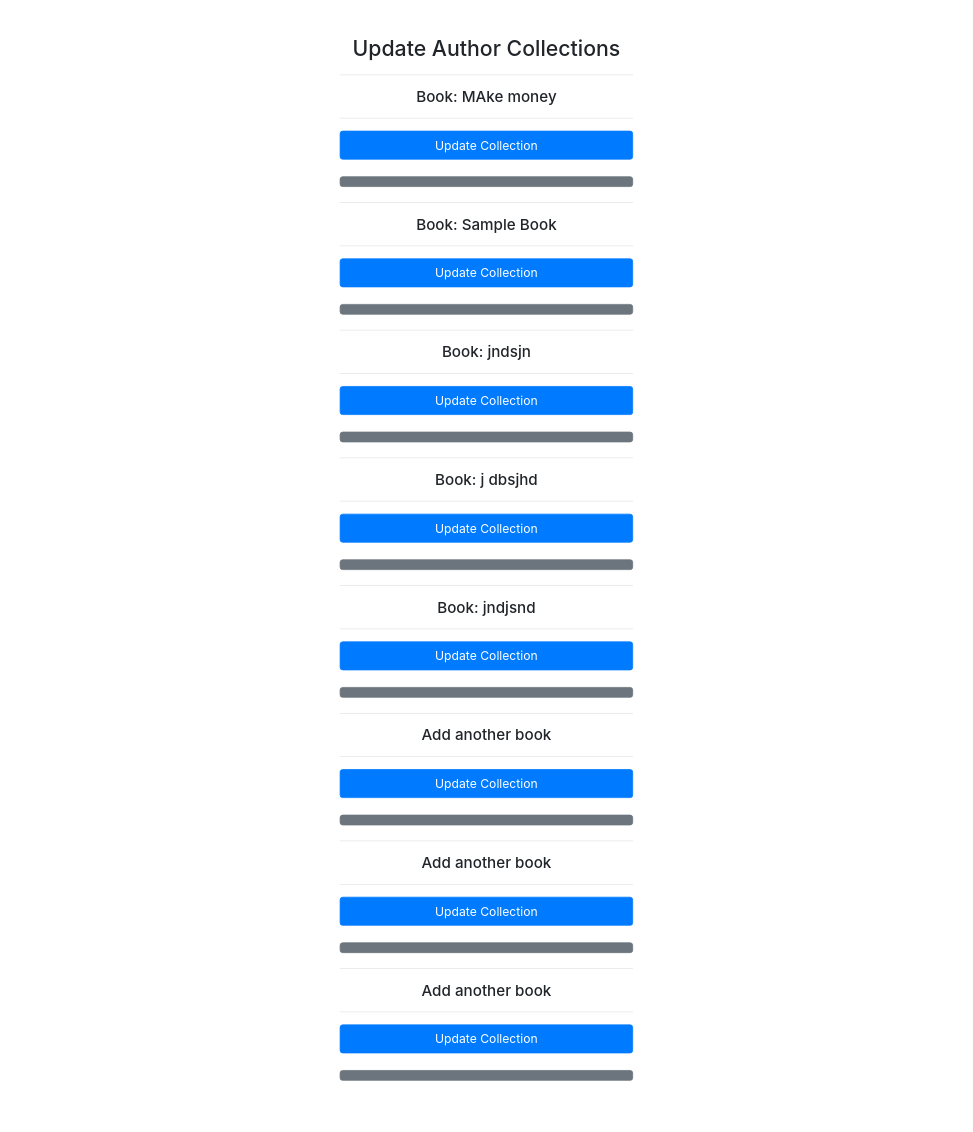
Repository: Temur-Sufiyanov/CBV
Page: http://localhost/author/1/books/edit/
These files come from the project's save history. The page is drawn as it stood at one moment and after the next save; the edit follows.
The browser window is 1280 px wide. The pictures show the whole page, at 76% of full size.
The page is served by the project's application, run on Django 5.2 (manage.py). The page reads the database file committed with the project.

Above is the page before, as saved 2024-12-21 19:48:51.

After the next save:
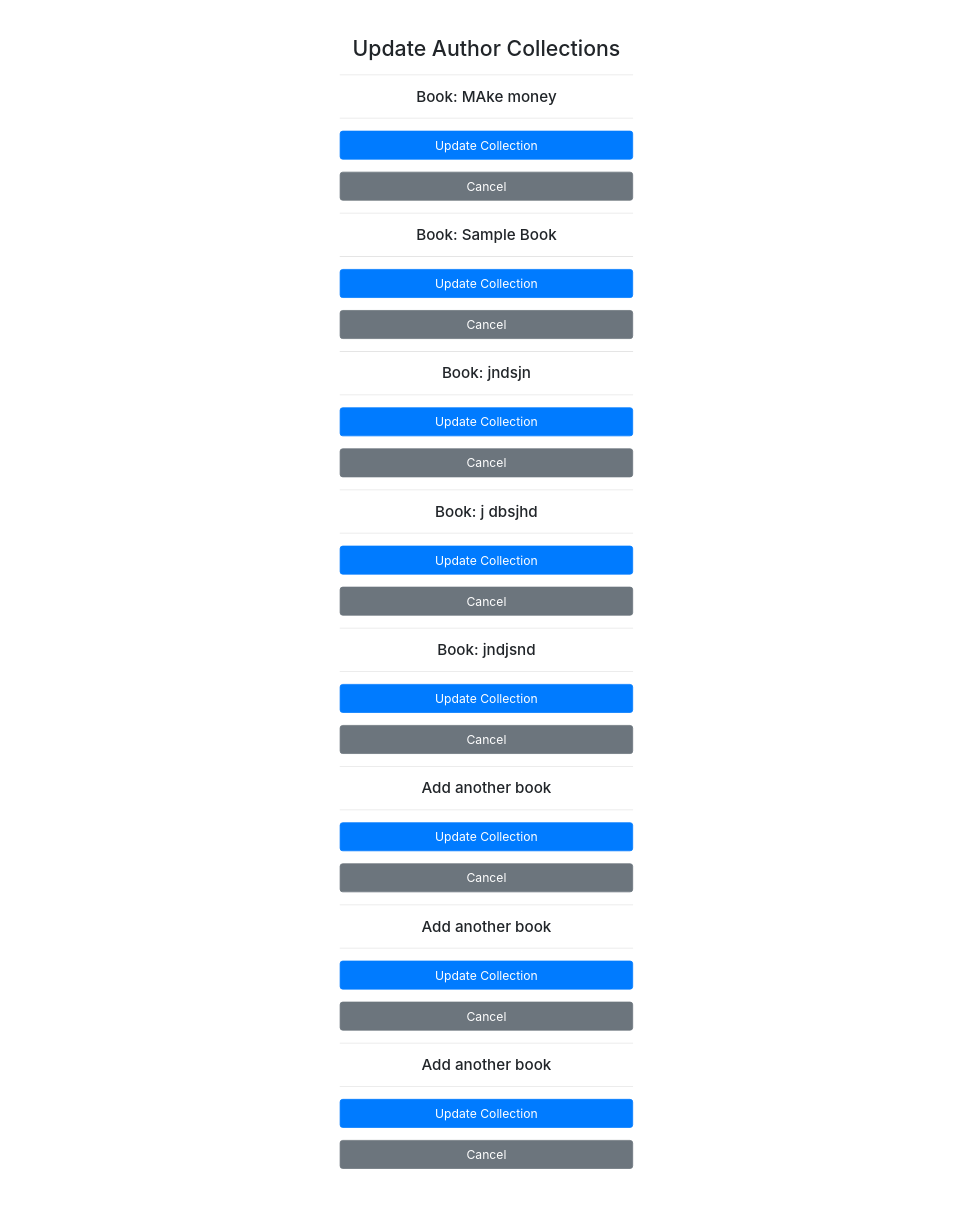
Saved 8 s later.
--- a/new_books/templates/new_books/author_books_edit.html
+++ b/new_books/templates/new_books/author_books_edit.html
@@ -27,7 +27,7 @@
                 <p>
                     <hr>
                     <button type="submit" class="btn btn-primary w-100 mb-3">Update Collection</button>
-                    <a href="{{ author.get_absolute_url }}" role="button" class="btn btn-secondary w-100"></a>
+                    <a href="{{ author.get_absolute_url }}" role="button" class="btn btn-secondary w-100">Cancel</a>
                 </p>
             </h5>
         {% endfor %}

After the 4 saves that followed:
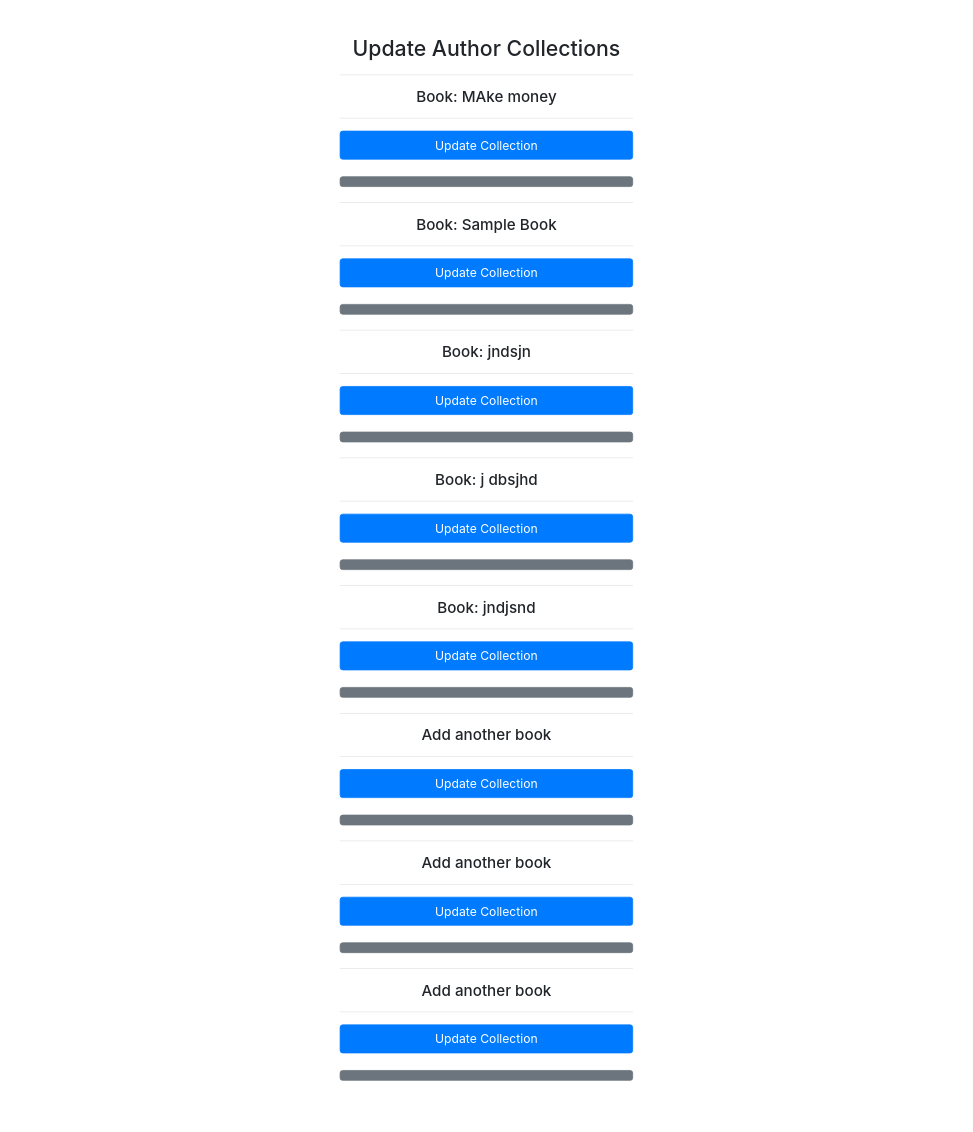
The 4 saves are shown as one change because 1 left the picture as it was and some came seconds apart.
The last was saved 93 s later.
--- a/new_books/templates/new_books/author_books_edit.html
+++ b/new_books/templates/new_books/author_books_edit.html
@@ -27,7 +27,7 @@
                 <p>
                     <hr>
                     <button type="submit" class="btn btn-primary w-100 mb-3">Update Collection</button>
-                    <a href="{{ author.get_absolute_url }}" role="button" class="btn btn-secondary w-100">Cancel</a>
+                    <a href="{{ author.get_absolute_url }}" role="button" class="btn btn-secondary w-100"></a>
                 </p>
             </h5>
         {% endfor %}
--- a/new_books/views.py
+++ b/new_books/views.py
@@ -43,7 +43,7 @@ class AuthorBooksEdit(SingleObjectMixin, FormView):
 
     model = Author
     template_name = 'new_books/author_books_edit.html'
-    context_object_name = 'author_b'
+    context_object_name = 'C'
 
     def get(self, request, *args, **kwargs):
         self.object = self.get_object(queryset=Author.objects.all())
